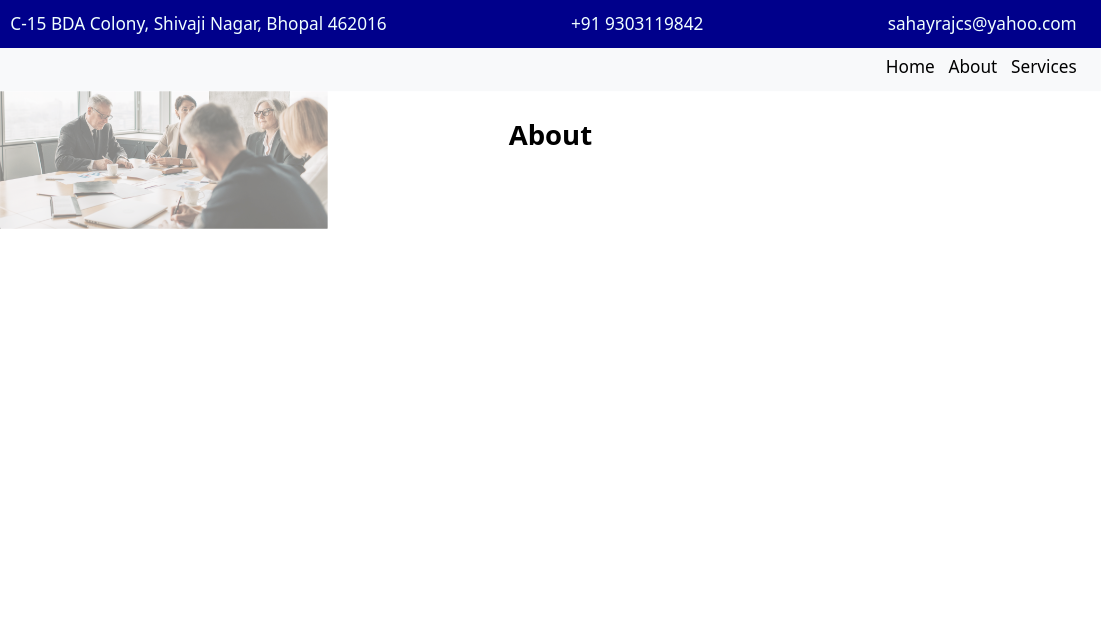
Repository: aayushiss/CS-RSS
Page: about.html
These files come from the project's save history. The page is drawn as it stood at one moment and after the next save; the edit follows.
The browser window is 1280 px wide. The pictures show the whole page, at 86% of full size.

Above is the page before, as saved 2025-05-16 19:52:35.

After the next save:
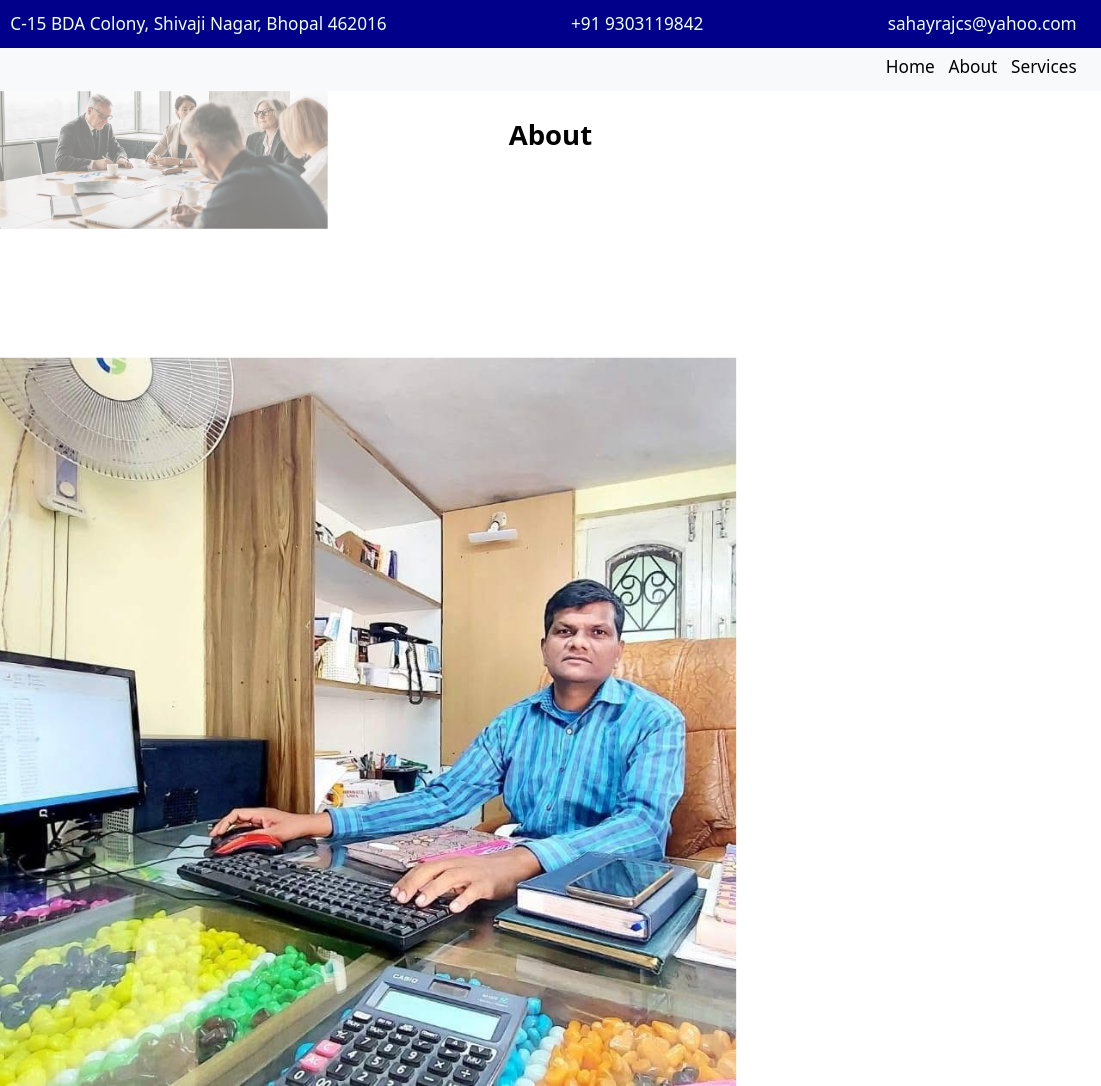
Saved 32 min 11 s later.
--- a/about.html
+++ b/about.html
@@ -35,5 +35,8 @@
             About
         </h2>
     </div>
+    <div>
+        <img src="images/AboutImage.jpeg" class="img-fluid">
+    </div>
 </body>
 </html>
